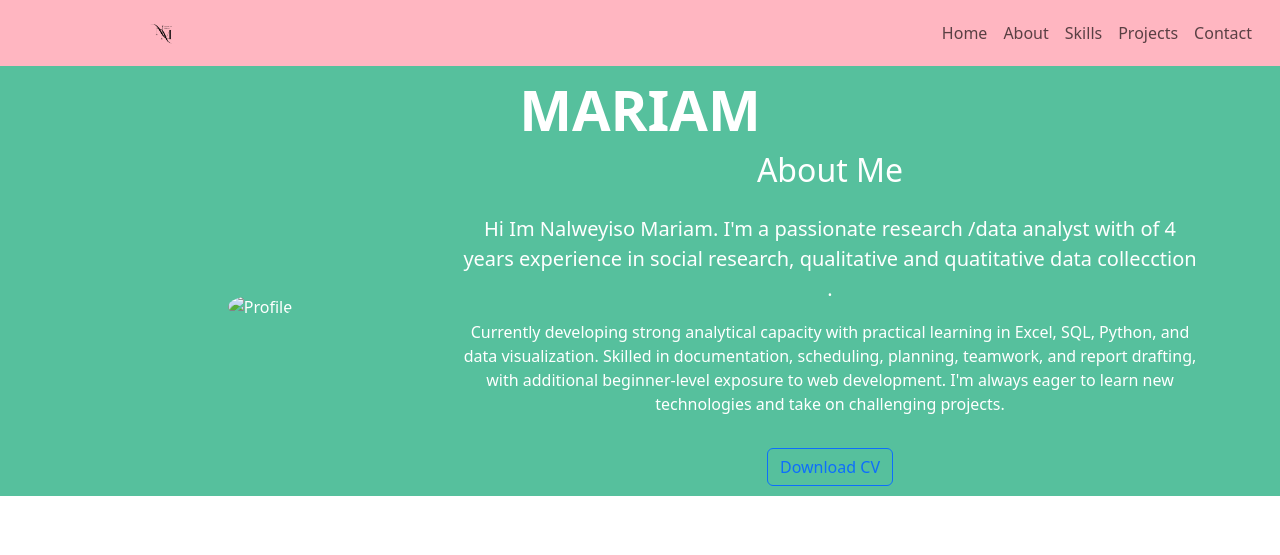
Repository: NalweMari/My-Personal-Portfolio
Page: index.html
These files come from the project's save history. The page is drawn as it stood at one moment and after a run of saves; the edit follows.
The browser window is 1280 px wide. The pictures show the whole page.

Above is the page before, as saved 2025-11-27 19:29:37.
Console error (its wording comes from the project's code and is left out).

After the next 2 saves:
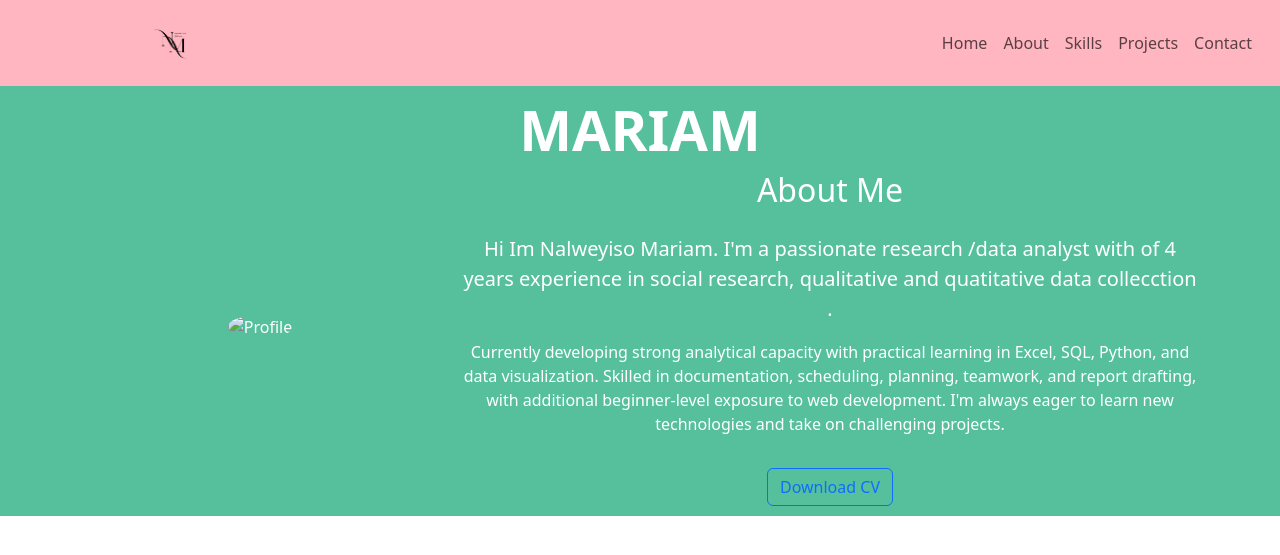
The 2 saves are shown as one change because they came seconds apart.
The last was saved 9 s later.
--- a/index.html
+++ b/index.html
@@ -18,7 +18,7 @@
 
     <nav class="navbar navbar-expand-lg navbar-light bg-custom">
         <div class="container me-2">
-            <a class="navbar-brand" href="#"><img src="images/Mariam_Initials_Logo_preview.png" alt="Your Logo" height="40"></a> <button class="navbar-toggler" type="button" data- 6
+            <a class="navbar-brand" href="#"><img src="images/Mariam_Initials_Logo_preview.png" alt="Your Logo" height="60"></a> <button class="navbar-toggler" type="button" data- 6
                 toggle="collapse" data-target="#navbarNav" aria-controls="navbarNav" aria-expanded="false"
                 aria-label="Toggle navigation"> <span class="navbar-toggler-icon"></span> </button>
             <div class="collapse navbar-collapse" id="navbarNav">
